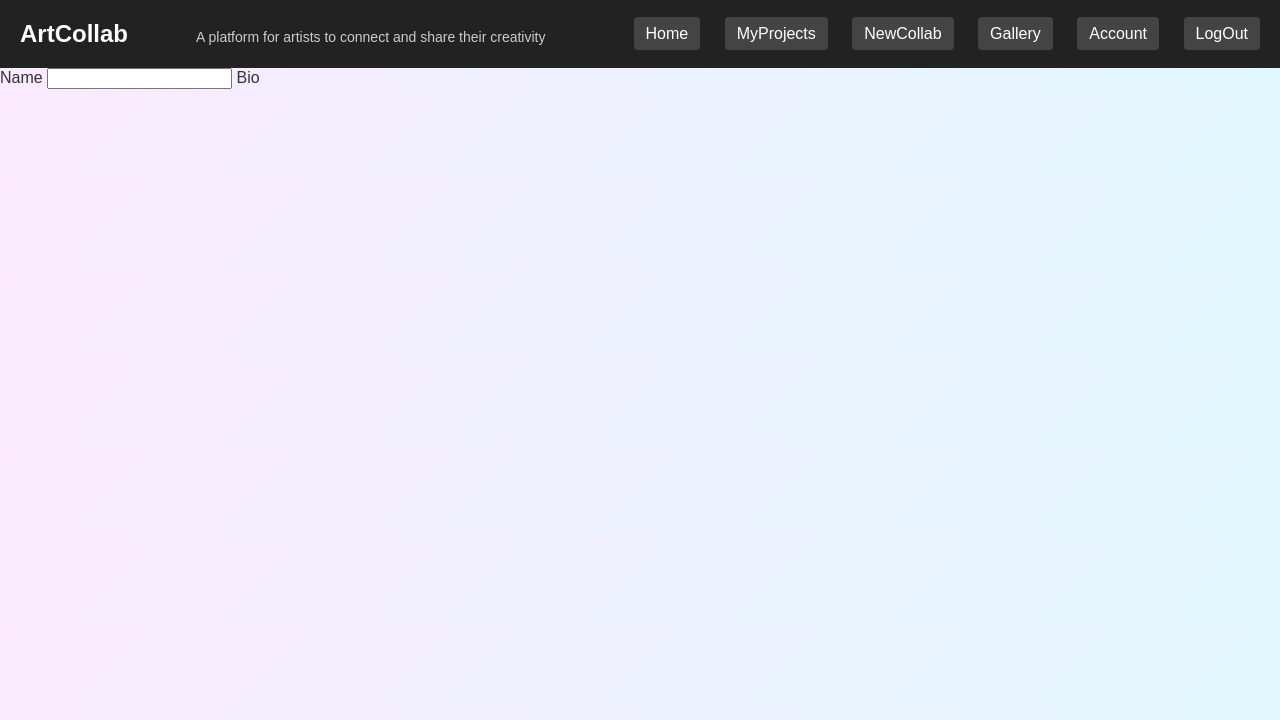
Repository: jeevanReddyP/ArtCollab_App
Page: profile.html
These files come from the project's save history. The page is drawn as it stood at one moment and after a run of saves; the edit follows.
The browser window is 1280 px wide. The pictures show the whole page.

Above is the page before, as saved 2025-06-12 18:27:35.

### profile.html
<!DOCTYPE html>
<html lang="en">
<head>
    <meta charset="UTF-8">
    <meta name="viewport" content="width=device-width, initial-scale=1.0">
    <title>Document</title>
    <style>
        body {
  margin: 0;
  font-family: sans-serif;
  background: linear-gradient(135deg, #fbeaff, #e0f7ff);
  color: #333;
}
#home-page {
  padding: 40px;
  background: linear-gradient(135deg, #fbeaff, #e0f7ff);
}

#navbar{
background-color:#222;
color: white;
display: flex;
padding: 20px;
justify-content: space-between;
align-items: center;
flex-wrap: wrap;
}
#navbar h2{
   margin: 0;
   font-size: 24px;
}
#navbar p{
    margin: 5px 0 0 0;
    font-size: 14px;
    color: #ccc;
}
.links a{
margin-left: 20px;
text-decoration: none;
color: white;
background-color: #444;
padding: 8px 12px;
border-radius: 4px;
transition: background-color 0.3s;
}
    </style>
</head>
<body>
    <div id="navbar">
            <h2>ArtCollab</h2>
            <p>A platform for artists to connect and share their creativity</p>
            <div class="links">
            <a href="dashboard.html">Home</a>
            <a href="projects.html">MyProjects</a>
            <a href="collab.html">NewCollab</a>
            <a href="gallery.html">Gallery</a>
            <a href="profile.html">Account</a>
            <a href="login.html">LogOut</a>
            </div>
    </div>
    <div id="mainsection">
      <label for="Name">Name</label>
      <input type="text" name="" id="Name">
      <label for="Bio">Bio</label>
    </div>
</body>
</html>

After the next 4 saves:
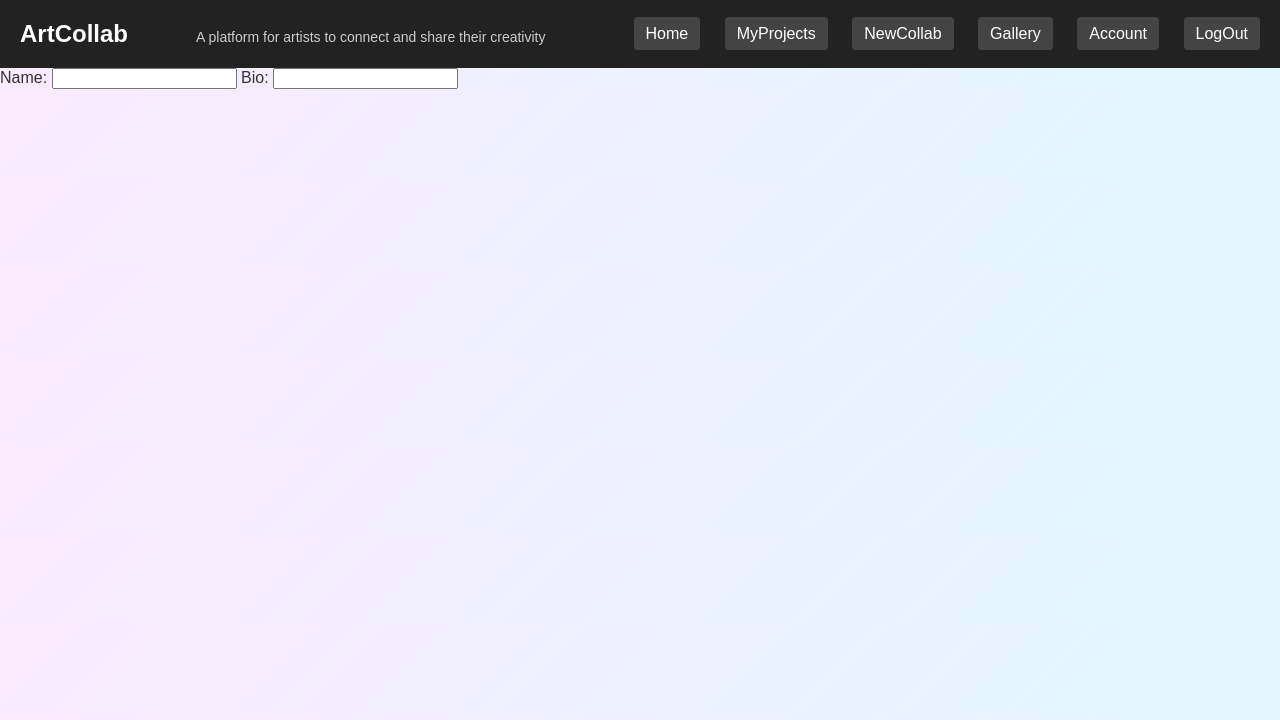
The 4 saves are shown as one change because they came seconds apart.
The last was saved 11 s later.
--- a/profile.html
+++ b/profile.html
@@ -59,9 +59,10 @@ transition: background-color 0.3s;
             </div>
     </div>
     <div id="mainsection">
-      <label for="Name">Name</label>
+      <label for="Name">Name:</label>
       <input type="text" name="" id="Name">
-      <label for="Bio">Bio</label>
+      <label for="Bio">Bio:</label>
+      <input type="text" name="" id="">
     </div>
 </body>
 </html>
